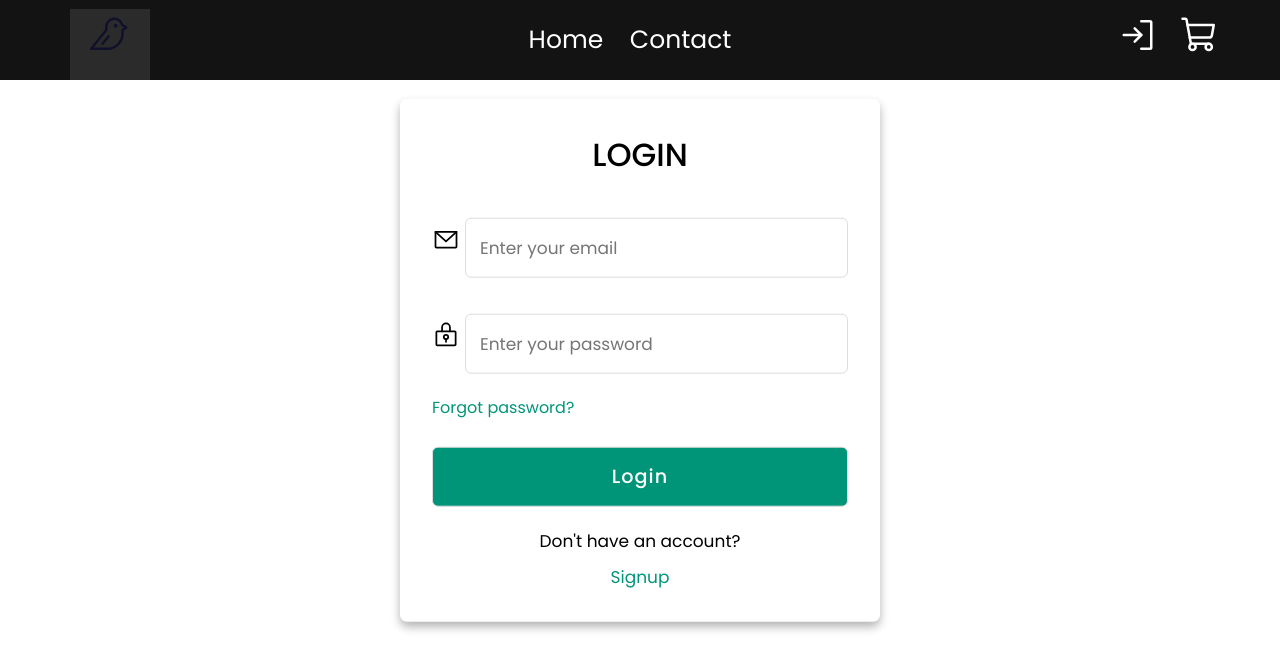
Repository: hoangdanh2/swp301
Page: /register
An editor plug-in stored every save of this project. The page is shown before and after the next save, followed by the edit.
The browser window is 1280 px wide. The pictures show the whole page.
The pointer rests on the first visible `.links a`.
The project was rebuilt for these pictures with package versions that can differ from the ones it lists, and the page was loaded fresh each time. Also part of the build but not shown: src/pages/shop/product.jsx, src/pages/shop/shop.css, src/pages/shop/shop.jsx, src/pages/contact/contact.jsx, src/pages/cart/cart-item.jsx, src/pages/cart/cart.css, src/pages/cart/cart.jsx.

Above is the page before, as saved 2023-05-29 13:00:02.

### src/App.js
import './App.css';
import { BrowserRouter as Router, Routes, Route } from "react-router-dom";
import { Navbar } from "./components/navbar";
import { Register } from "./pages/register/register";
import { Shop } from "./pages/shop/shop";
import { Contact } from "./pages/contact/contact";
import { Cart } from "./pages/cart/cart";
import { ShopContextProvider } from './context/shop-context';


function App() {
  return (
    <div className = "App">
      <ShopContextProvider>
        <Router>
          <Navbar />
          <Routes>
            <Route path = "/register" element = {<Register />} />
            <Route path = "/" element = {<Shop />} />
            <Route path = "/contact" element = {<Contact />} />
            <Route path = "/cart" element = {<Cart />} />
          </Routes>
        </Router>
      </ShopContextProvider>
    </div>
  );
}

export default App;

### src/App.css
.App {
  width: 100%;
  height: auto;
  min-height: 100vh;
  font-family: 'Segoe UI', Tahoma, Geneva, Verdana, sans-serif;
}

body {
  padding: 0;
  margin: 0;
}

### src/components/navbar.jsx
import React from "react";
import { Link } from "react-router-dom";
import { ShoppingCart, Bird, SignIn } from "phosphor-react";
import "./navbar.css";

export const Navbar = () => {
  return (
    <div className="navbar">
      <div className="links">
        <div className="icon">
          <Link to="/">
            <Bird size={40} />
          </Link>
        </div>
        <div className="middle">
          <Link to="/"> Home </Link>
          <Link to="/contact"> Contact</Link>
        </div>
        <div className="end">
            <Link to="/register">
                <SignIn size={40}/>
            </Link>
          <Link to="/cart">
            <ShoppingCart size={40} />
          </Link>
        </div>
      </div>
    </div>
  );
};

### src/pages/register/register.jsx
import React from "react";
import { EnvelopeSimple,LockKey } from "phosphor-react";
import "./register.css";

export const Register = () => {
  return (
    <div className="container">
    <input type="checkbox" id="check"></input>
    <div className="login form">
      <header>LOGIN</header>
      <form action="#">
        <div className="login-form">
        <span className="icon-login"><EnvelopeSimple size={28}></EnvelopeSimple></span>
        <input type="text" id="email" placeholder="Enter your email" required></input>
        <span className="icon-login"><LockKey size={28}></LockKey></span>
        <input type="password" id="password" placeholder="Enter your password" required></input>
        </div>
        <a href="#">Forgot password?</a>
        <input type="button" className="button" value="Login"></input>
      </form>
      <div className="signup">
        <span className="signup">Don't have an account?
         <label for="check">Signup</label>
        </span>
      </div>
    </div>
    <div className="registration form">
      <header>SIGNUP</header>
      <form action="#">
        <div className="login-form">
        <span className="icon-login"><EnvelopeSimple size={28}></EnvelopeSimple></span>
        <input type="text" id="email" placeholder="Enter your email" required></input>
        <span className="icon-login"><LockKey size={28}></LockKey></span>
        <input type="password" id="password" placeholder="Create a password" required></input>
        <span className="icon-login"><LockKey size={28}></LockKey></span>
        <input type="password" id="password"  placeholder="Confirm your password" required></input>
        <input type="button" className="button" value="Signup" required></input>
        </div>
      </form>
      <div className="signup">
        <span className="signup">Already have an account?
         <label for="check">Login</label>
        </span>
      </div>
    </div>
  </div>
  );
};

### src/context/shop-context.jsx
import { createContext, useEffect, useState } from "react";
import { PRODUCTS } from "../products";

export const ShopContext = createContext(null);

const getDefaultCart = () => {
    let cart = {};
    for (let i = 1; i < PRODUCTS.length + 1; i++) {
        cart[i] = 0;
    }
    return cart;
}

export const ShopContextProvider = (props) => {
    const [cartItems, setCartItems] = useState(getDefaultCart());

    const getTotalCartAmount = () => {
        let totalAmount = 0;
        for (const item in cartItems) {
            if (cartItems[item] > 0) {
                let itemInfo = PRODUCTS.find((product) => product.id === Number(item));
                totalAmount += cartItems[item] *itemInfo.price;
            }
        }
        return totalAmount;
    };

    const addToCart = (itemId) => {
        setCartItems((prev) => ({ ...prev, [itemId]: prev[itemId] + 1}));
    };

    const removeFromCart = (itemId) => {
        setCartItems((prev) => ({ ...prev, [itemId]: prev[itemId] - 1}));
    };

    const updateCartItemCount = (newAmount, itemId) => {
        setCartItems((prev) => ({ ...prev, [itemId]: newAmount }));
    };

    const checkout = () => {
        setCartItems(getDefaultCart());
    };

    const contextValue = {
        cartItems,
        addToCart,
        updateCartItemCount,
        removeFromCart,
        getTotalCartAmount,
        checkout,
    };

    return (
        <ShopContext.Provider value={contextValue}>
            {props.children}
        </ShopContext.Provider>
    );
};

### src/components/navbar.css
.navbar {
    width: 100%;
    height: 80px;
    background-color: rgb(19, 19, 19);
    display: flex;
    justify-content: center;
    align-items: center;
}

.links {
    margin-right: 50px;
    display: flex;
    align-items: center;
    justify-content: space-between;
    width: 100%;
}

.icon {
    margin-left: 50px;
}

.end {
    padding: 0 10px;
}

.links a {
    text-decoration: none;
    color: white;
    margin-left: 20px;
    font-size: 25px;
}
.links a:hover {
    width: 100%;
    color: blue;
    background-color: white;
    opacity: 0.1;
    padding: 20px;
}

### src/pages/register/register.css
/* Import Google font - Poppins */
@import url('https://fonts.googleapis.com/css2?family=Poppins:wght@200;300;400;500;600;700&display=swap');
*{
  margin: 0;
  padding: 0;
  box-sizing: border-box;
  font-family: 'Poppins', sans-serif;
}

.container{
  position: absolute;
  top: 50%;
  left: 50%;
  transform: translate(-50%,-50%);
  max-width: 480px;
  width: 100%;
  background: #fff;
  border-radius: 7px;
  box-shadow: 0 5px 10px rgba(0,0,0,0.3);
}

.container .registration{
  display: none;
}

#check:checked ~ .registration{
  display: block;
}

#check:checked ~ .login{
  display: none;
}

#check{
  display: none;
}

.container .form{
  padding: 2rem;
}

.form header{
  font-size: 2rem;
  font-weight: 500;
  text-align: center;
  margin-bottom: 1.5rem;
}

 .form input{
   height: 60px;
   width: 92%;
   padding: 0 14px;
   font-size: 17px;
   margin-top: 15px;
   margin-bottom: 1.3rem;
   border: 1px solid #ddd;
   border-radius: 6px;
   outline: none;
 }

 .form input:focus{
   box-shadow: 0 1px 0 rgba(0,0,0,0.2);
 }

.form a{
  font-size: 16px;
  color: #009579;
  text-decoration: none;
}

.form a:hover{
  text-decoration: underline;
}

.form input.button{
  color: #fff;
  background: #009579;
  font-size: 1.2rem;
  font-weight: 500;
  letter-spacing: 1px;
  margin-top: 1.7rem;
  cursor: pointer;
  transition: 0.4s;
  width: 100%;
}

.form input.button:hover{
  background: #006653;
}

.signup{
  font-size: 17px;
  text-align: center;
}

.signup label{
  color: #009579;
  cursor: pointer;
}

.signup label:hover{
  text-decoration: underline;
}

.icon-login {
  margin-right: 5px;
}

### src/products.js
import product1 from "./assets/products/1.png";
import product2 from "./assets/products/1.png";
import product3 from "./assets/products/1.png";
import product4 from "./assets/products/1.png";
import product5 from "./assets/products/1.png";
import product6 from "./assets/products/1.png";
import product7 from "./assets/products/1.png";
import product8 from "./assets/products/1.png";

export const PRODUCTS = [
  {
    id: 1,
    productName: "Bird Food",
    price: 999.0,
    productImage: product1,
  },
  {
    id: 2,
    productName: "Bird Food",
    price: 1999.0,
    productImage: product2,
  },
  {
    id: 3,
    productName: "Bird Food",
    price: 699.0,
    productImage: product3,
  },
  {
    id: 4,
    productName: "Bird Food",
    price: 228.0,
    productImage: product4,
  },
  {
    id: 5,
    productName: "Bird Food",
    price: 19.99,
    productImage: product5,
  },
  {
    id: 6,
    productName: "Bird Food",
    price: 68.0,
    productImage: product6,
  },
  {
    id: 7,
    productName: "Bird Food",
    price: 120.0,
    productImage: product7,
  },
  {
    id: 8,
    productName: "Bird Food",
    price: 40.0,
    productImage: product8,
  },
];

### src/pages/contact/contact.css
.contact{
    max-width: 400px;
    margin: 0 auto;
    padding: 20px;
}
.title-contact{
    text-align: center;
}
label{
    display: block;
    margin-top: 10px;
}
.form-contact{

    text-align: center;
}
/*
input[type="text"],
input[type="email"],
input[type="message"],
textarea {
  width: 100%;
  padding: 8px;
  border: 1px solid #ccc;
  border-radius: 4px;
  box-sizing: border-box;
  margin-top: 5px;
  margin-bottom: 10px;
} */

input[type="submit"] {
    background-color: #4CAF50;
    color: white;
    padding: 10px 15px;
    border: none;
    border-radius: 4px;
    cursor: pointer;
    font-size: 16px;
  }

  input[type="submit"]:hover {
    background-color: #45a049;
  }

  textarea {
    height: 100px;
  }

Loaded but not shown: public/index.html (common file); src/index.js (common file); src/index.css (common file); src/reportWebVitals.js (common file); public/manifest.json (common file)

After the next save:
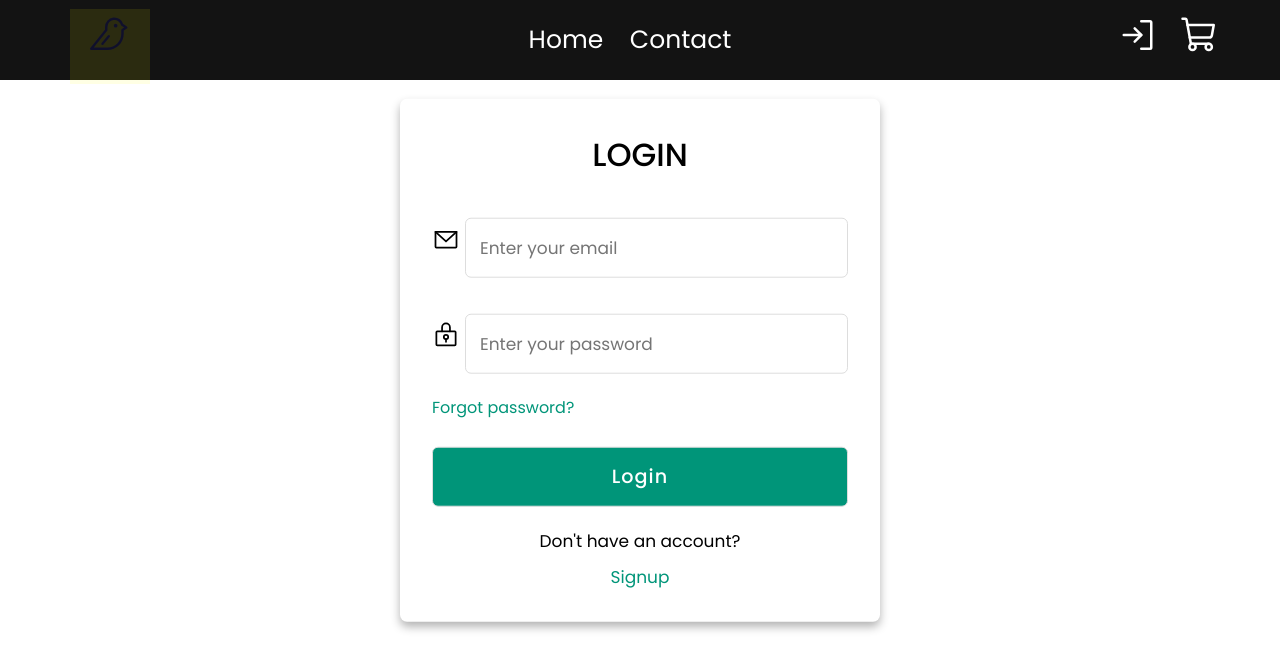
Saved 11 s later.
--- a/src/components/navbar.css
+++ b/src/components/navbar.css
@@ -32,7 +32,7 @@
 .links a:hover {
     width: 100%;
     color: blue;
-    background-color: white;
+    background-color: yellow;
     opacity: 0.1;
     padding: 20px;
 }
